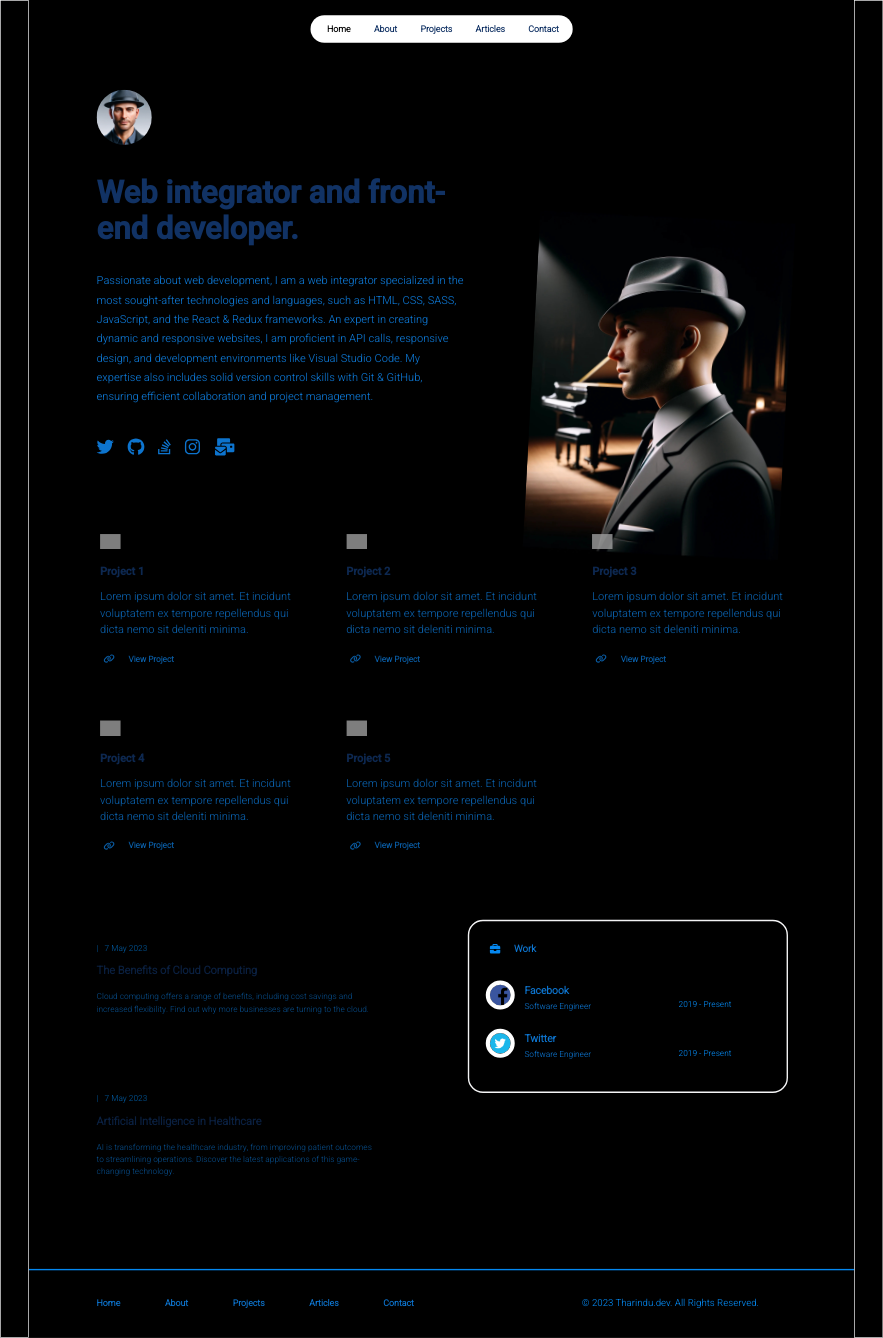
Repository: Dimple3377/reactfolio-master
Page: /
The author's editor kept a copy of each file at every save. The page is drawn from the files as they stood at one save, then again after the next save.
The browser window is 1280 px wide. The pictures show the whole page, at 69% of full size.
Pictures or frames that could not be fetched are drawn as grey boxes. The project was rebuilt for these pictures with package versions that can differ from the ones it lists, and the page was loaded fresh each time. Also part of the build but not shown: src/components/about/socials.jsx, src/pages/styles/about.css, src/pages/about.jsx, src/pages/styles/projects.css, src/pages/projects.jsx, src/components/articles/article.jsx, src/pages/styles/articles.css, src/pages/articles.jsx and 5 more.

Above is the page before, as saved 2024-04-24 01:14:56.

After the next save:
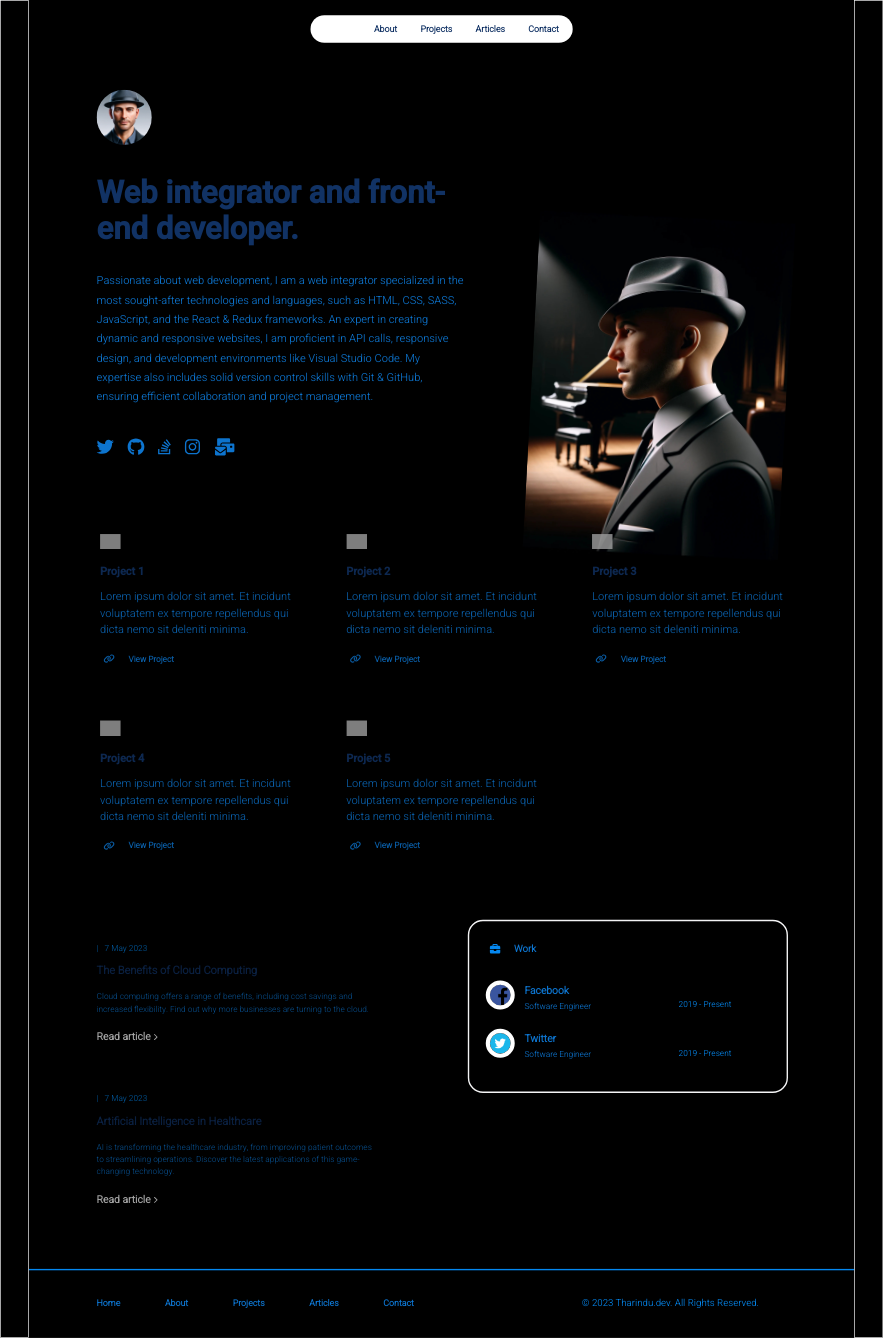
Saved 56 s later.
--- a/src/data/styles.css
+++ b/src/data/styles.css
@@ -4,7 +4,7 @@
 	--secondary-color: #0d74ce;
 	--tertiary-color: #0588f0;
 	--quaternary-color: #0090ff;
-	--link-color: black;
+	--link-color: white;
 	/* ---------------------- */
 
 	/* ------- fonts ------- */
